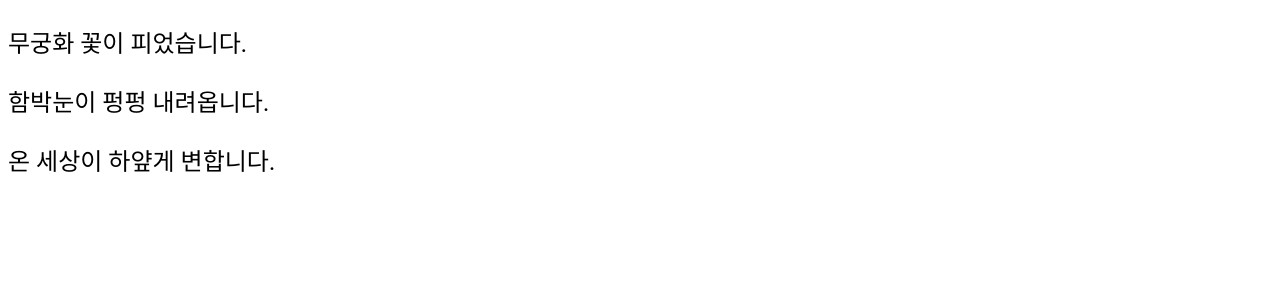
Repository: yul3220/WebProgrammingLecture
Page: webpro/WebContent/2021-01-08/속성선택자.html
These files come from the project's save history. The page is drawn as it stood at one moment and after the next save; the edit follows.
The browser window is 1280 px wide. The pictures show the whole page.
The pointer rests on the first visible `p`.

Above is the page before, as saved 2021-01-08 01:33:44.

### webpro/WebContent/2021-01-08/속성선택자.html
<!DOCTYPE html>
<html>
<head>
<meta charset="UTF-8">
<title>Insert title here</title>
<style>
p{
	font-size : 1.5em;
}
</style>
</head>
<body>
<p>무궁화 꽃이 피었습니다.</p>
<p>함박눈이 펑펑 내려옵니다.</p>
<p>온 세상이 하얖게 변합니다.</p>
</body>
</html>

After the next save:
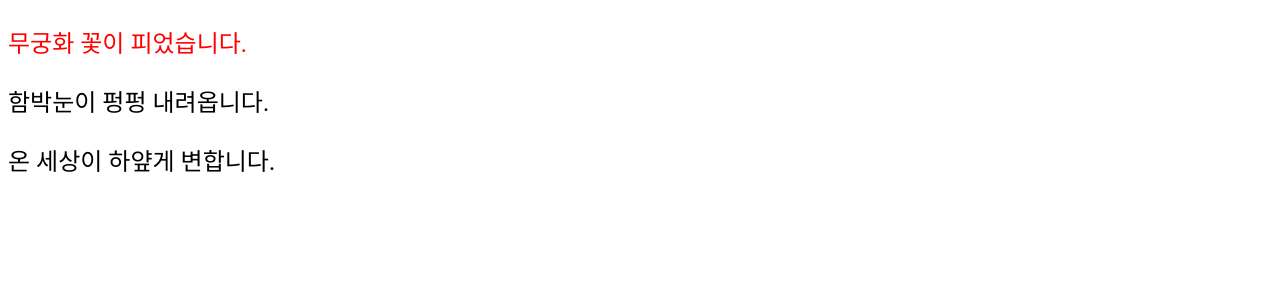
Saved 52 s later.
--- a/webpro/WebContent/2021-01-08/속성선택자.html
+++ b/webpro/WebContent/2021-01-08/속성선택자.html
@@ -7,6 +7,12 @@
 p{
 	font-size : 1.5em;
 }
+p:hover{
+	color : red;
+}
+p:active{
+	background : pink;
+}
 </style>
 </head>
 <body>
